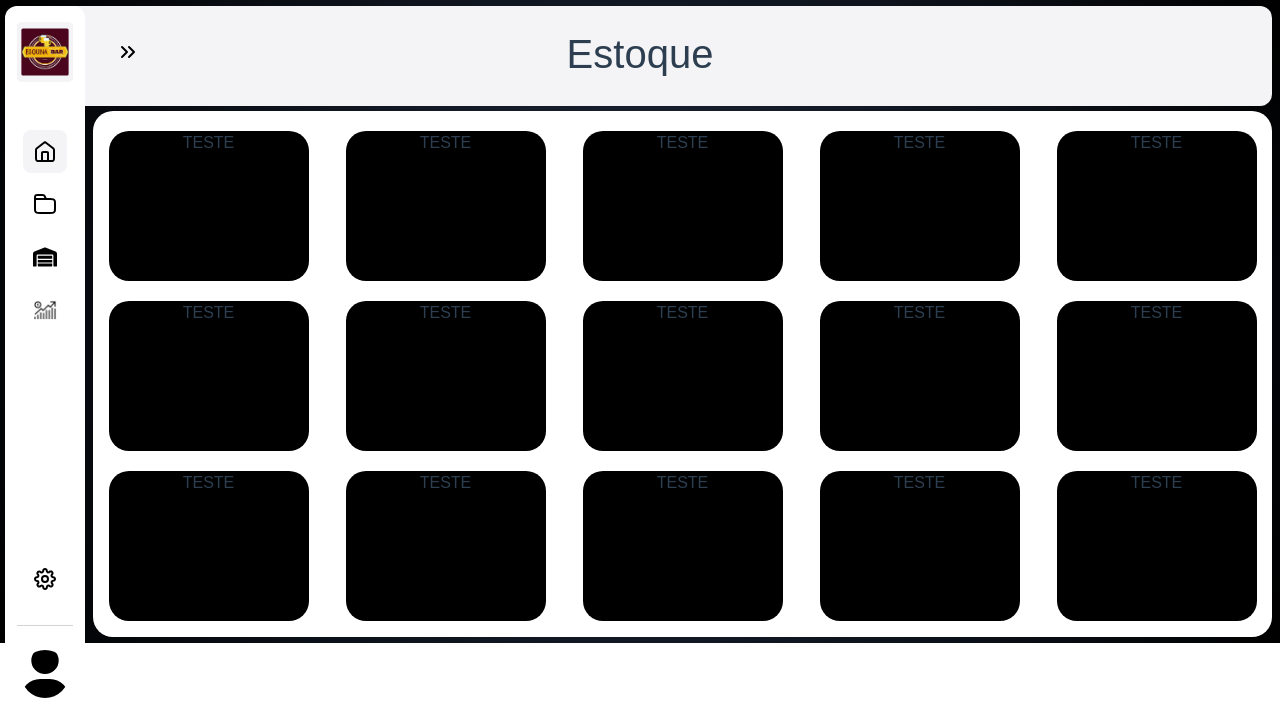
Repository: jazaoo13/Projeto_Oficina_Integracao
Page: / (app in Aplicacao_vue/)
An editor plug-in stored every save of this project. The page is shown before and after the next save, followed by the edit.
The browser window is 1280 px wide. The page is 1287 px wide, so the pictures cover 1287 px, including what lies to the right of the window. The pictures show the whole page.
The page's requests for data from a server got no answer. The project was rebuilt for these pictures with package versions that can differ from the ones it lists, and the page was loaded fresh each time. No one was signed in, and anything a server would have sent is missing. Also part of the build but not shown: Aplicacao_vue/vue.config.js, Aplicacao_vue/src/View/jazao.vue.

Above is the page before, as saved 2023-11-19 17:22:19.

After the next save:
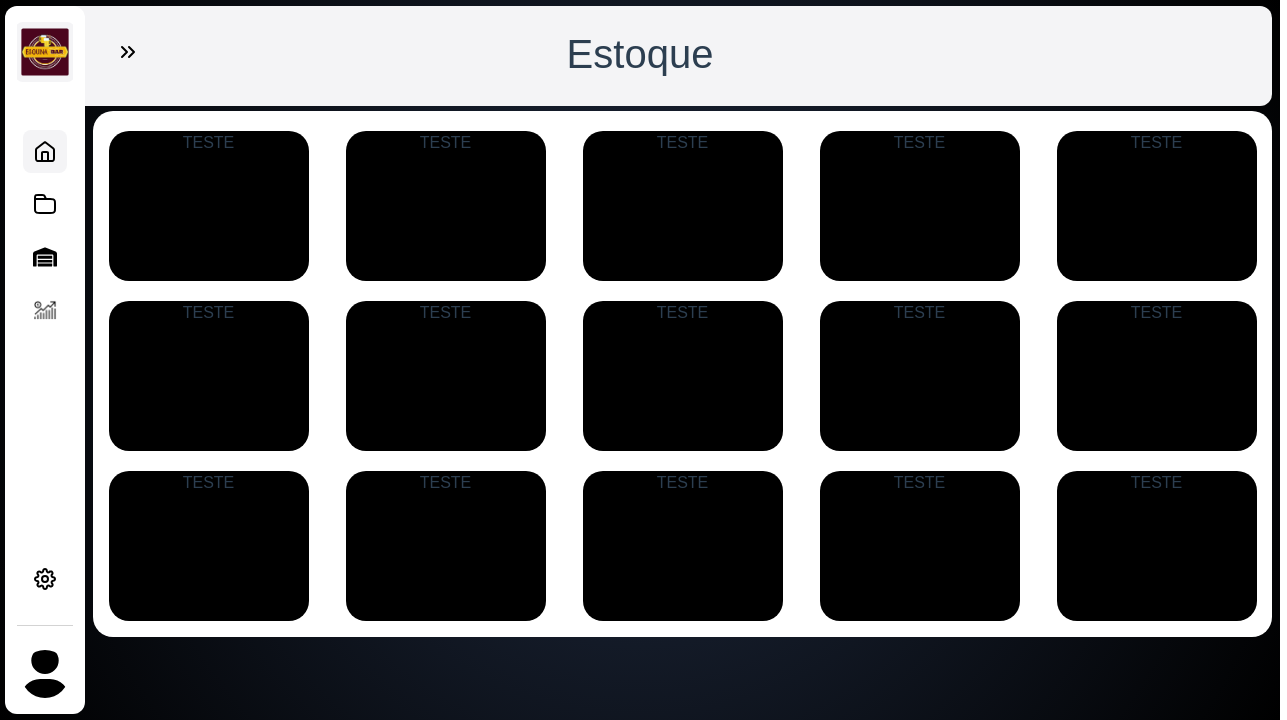
Saved 44 s later.
--- a/Aplicacao_vue/src/App.vue
+++ b/Aplicacao_vue/src/App.vue
@@ -11,6 +11,7 @@
   -moz-osx-font-smoothing: grayscale;
   text-align: center;
   color: #2c3e50;
+  height: 100%;
 }
 
 nav {
@@ -29,7 +30,4 @@
   height: 100%;
   margin: 0;
 }
-.app{
-  height: 100%;
-}
 </style>

After the save that followed:
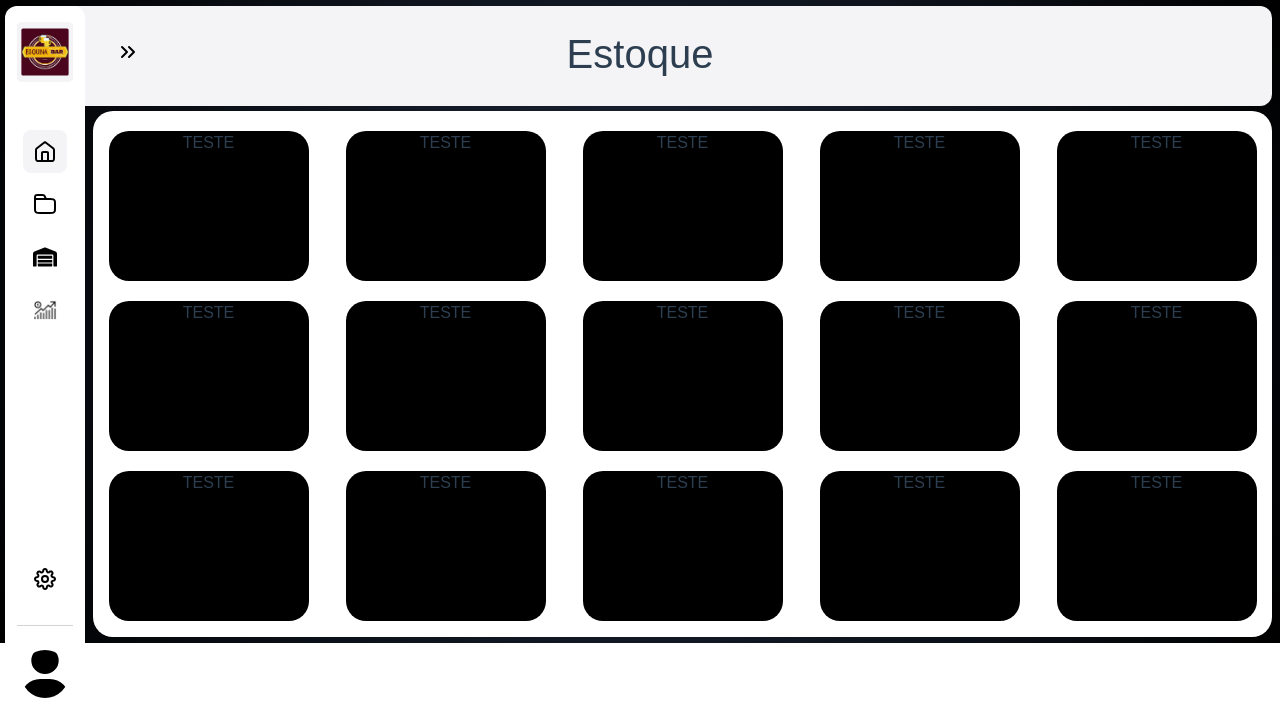
Saved 2 min 13 s later.
--- a/Aplicacao_vue/src/App.vue
+++ b/Aplicacao_vue/src/App.vue
@@ -26,8 +26,4 @@
     }
   }
 }
-html, body {
-  height: 100%;
-  margin: 0;
-}
 </style>
